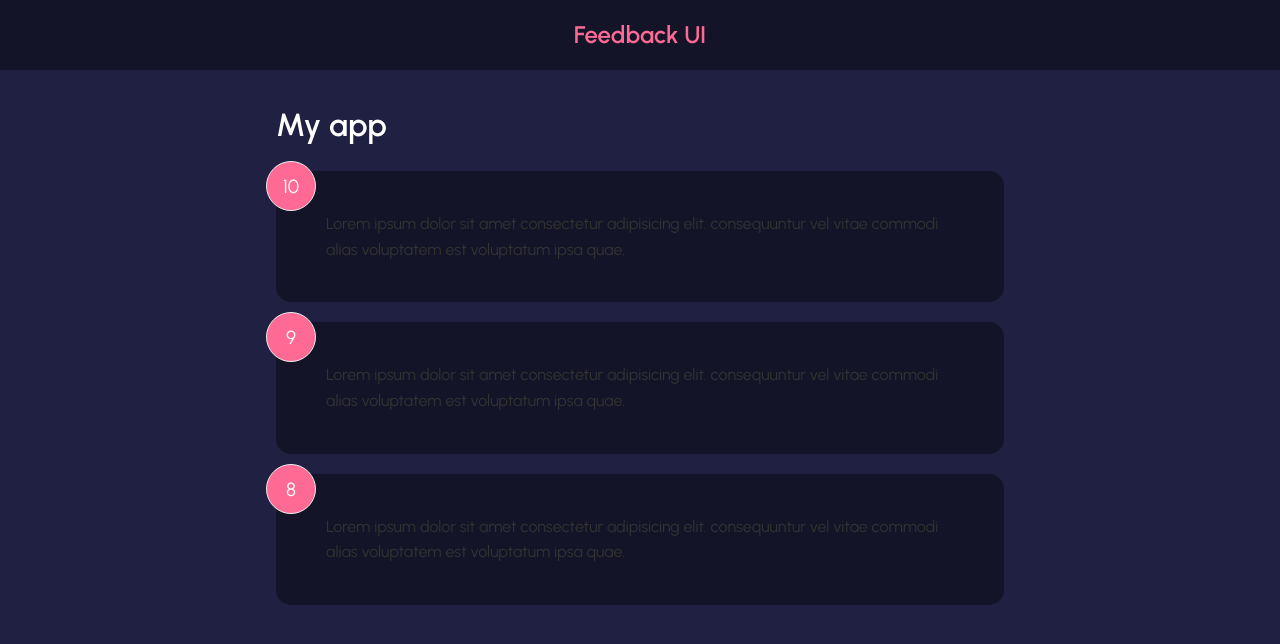
Repository: Vasil1001/feedback-project-react
Page: /
These files come from the project's save history. The page is drawn as it stood at one moment and after the next save; the edit follows.
The browser window is 1280 px wide. The pictures show the whole page.
The project was rebuilt for these pictures with package versions that can differ from the ones it lists, and the page was loaded fresh each time. Also part of the build but not shown: vite.config.js.

Above is the page before, as saved 2022-12-28 22:34:35.

### src/App.jsx
import { useState } from 'react'
import './App.css'
import FeedbackList from './components/FeedbackList'
import Header from './components/Header'
import FeedbackData from './data/FeedbackData'

function App() {
  const [feedback, setFeedback] = useState(FeedbackData)

  return (
    <div>
      <Header />
      <div className="container">
        <h1>My app</h1>
        <FeedbackList feedback={feedback}/>
      </div>
    </div>
  )
}

export default App

### src/App.css
@import url('https://fonts.googleapis.com/css2?family=Poppins:wght@400;600;700&display=swap');
@import url('https://fonts.googleapis.com/css2?family=DM+Sans:wght@400;700&family=Roboto+Condensed:wght@300;400;700&family=Urbanist:wght@100;300;400;600&display=swap');
* {
  box-sizing: border-box;
  margin: 0;
  padding: 0;
}

body {
  font-family: 'Urbanist', sans-serif;
  background-color: #202142;
  color: #fff;
  line-height: 1.6;
}

ul {
  list-style: none;
}

.container {
  max-width: 768px;
  margin: auto;
  padding: 0 20px;
}

header {
  height: 70px;
  width: 100%;
  display: flex;
  justify-content: space-between;
  align-items: center;
  margin-bottom: 30px;
}

.card {
  background-color: #fff;
  color: #333;
  border-radius: 15px;
  padding: 40px 50px;
  margin: 20px 0;
  position: relative;
}

.card.reverse {
  background-color: rgba(0, 0, 0, 0.4);
  color: #fff;
}

.card h2 {
  font-size: 22px;
  font-weight: 600;
  text-align: center;
}

.rating {
  display: flex;
  align-items: center;
  justify-content: space-around;
  margin: 30px 0 40px;
}

.rating li,
.num-display {
  position: relative;
  background: #f4f4f4;
  width: 50px;
  height: 50px;
  padding: 10px;
  text-align: center;
  border-radius: 50%;
  font-size: 19px;
  border: 1px #eee solid;
  transition: 0.3s;
}

.rating li label {
  position: absolute;
  top: 50%;
  left: 50%;
  width: 50px;
  height: 50px;
  padding: 10px;
  border-radius: 50%;
  transform: translate(-50%, -50%);
  cursor: pointer;
}

.rating li:hover,
.num-display {
  background: #ff6a95;
  color: #fff;
}

[type='radio'] {
  opacity: 0;
}

[type='radio']:checked ~ label {
  background: #ff6a95;
  color: #fff;
}

.input-group {
  display: flex;
  flex-direction: row;
  border: 1px solid #ccc;
  padding: 8px 10px;
  border-radius: 8px;
}

input {
  flex-grow: 2;
  border: none;
  font-size: 16px;
}

input:focus {
  outline: none;
}

.feedback-stats {
  color: #fff;
  display: flex;
  justify-content: space-between;
  align-items: center;
}

.num-display {
  position: absolute;
  top: -10px;
  left: -10px;
}

.close,
.edit {
  position: absolute;
  top: 10px;
  right: 20px;
  cursor: pointer;
  background: none;
  border: none;
}

.edit {
  right: 40px;
}

.btn {
  color: #fff;
  border: 0;
  border-radius: 8px;
  color: #fff;
  width: 100px;
  height: 40px;
  cursor: pointer;
}

.btn-primary {
  background-color: #202142;
}

.btn-secondary {
  background: #ff6a95;
}

.btn:hover {
  transform: scale(0.98);
  opacity: 0.9;
}

.btn:disabled {
  background-color: #cccccc;
  color: #333;
  cursor: auto;
}

.btn:disabled:hover {
  transform: scale(1);
  opacity: 1;
}

.message {
  padding-top: 10px;
  text-align: center;
  color: rebeccapurple;
}

/* FIX: Remove position: absolute to keep about icon at the bottom of the
 * document */
.about-link {
  display: flex;
  justify-content: flex-end;
}

/* FIX: Remove position: absolute to keep about icon at the bottom of the
 * document */
.about-link a {
  color: #fff;
  cursor: pointer;
}

.about-link a:hover {
  color: #ff6a95;
}

.about h1 {
  margin-bottom: 20px;
}

.about p {
  margin: 10px 0;
}

@media (max-width: 600px) {
  .rating li {
    margin: 10px 3px;
  }

  .rating {
    display: flex;
    align-items: center;
    justify-content: center;
    flex-wrap: wrap;
    margin: 30px 0 40px;
  }

  .input-group input {
    width: 80%;
  }
}

### src/components/FeedbackList.jsx
import React from 'react'
import FeedbackItem from './FeedbackItem'

export default function FeedbackList({ feedback }) {
    return (
        <div className="feedback-list">
            {feedback.length > 0 ? feedback.map((item) => (
                <FeedbackItem key={item.id} item={item}/>
            ))
                : <p>No feedback yet</p>}
        </div>
    )
}

### src/components/Header.jsx
import React from 'react'

function Header({ text }) {
    return (
        <header style={{backgroundColor: 'rgba(0,0,0,0.4', color: '#ff6a95'}}>
            <div className="container">
                <h2>{text}</h2>
            </div>
        </header>
    )
}
Header.defaultProps = {
    text: 'Feedback UI',
}
export default Header

### src/components/FeedbackItem.jsx
import React, { useState } from 'react'
import Card from './shared/Card'

function FeedbackItem({item}) {
    return (

        <Card reverse={true}>
            <div className="num-display">{item.rating}</div>
            <div className="text-display">{item.text}</div>
        </Card>
    )
}

export default FeedbackItem

### src/components/shared/Card.jsx
import React from 'react'

function Card({ children, reverse }) {
    return (
        <div className="card" style={{backgroundColor: reverse ? 'rgba(0,0,0,0.4' : '#fff'}}>
            {children}
        </div>
    )
}

export default Card

Loaded but not shown: index.html (common file); src/main.jsx (common file); src/data/FeedbackData.jsx (common file)

After the next save:
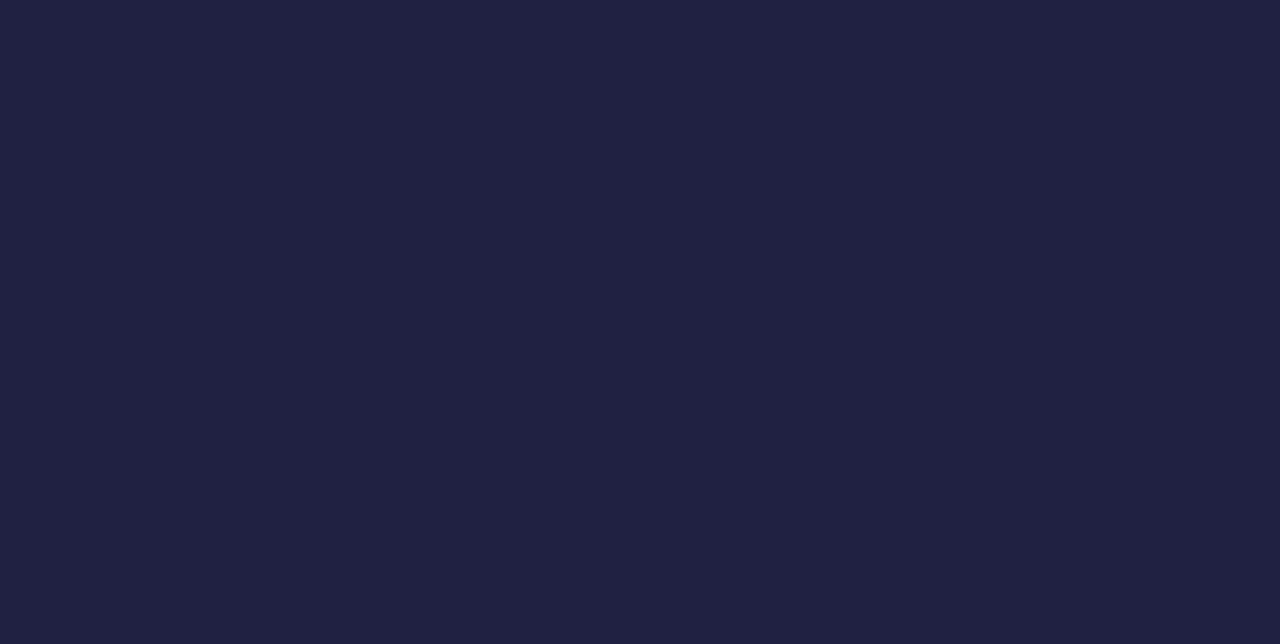
Console error: ReferenceError: col is not defined
Saved 20 s later.
--- a/src/components/shared/Card.jsx
+++ b/src/components/shared/Card.jsx
@@ -2,7 +2,7 @@
 
 function Card({ children, reverse }) {
     return (
-        <div className="card" style={{backgroundColor: reverse ? 'rgba(0,0,0,0.4' : '#fff'}}>
+        <div className="card" style={{backgroundColor: reverse ? 'rgba(0,0,0,0.4' : '#fff', col}}>
             {children}
         </div>
     )

After the 2 saves that followed:
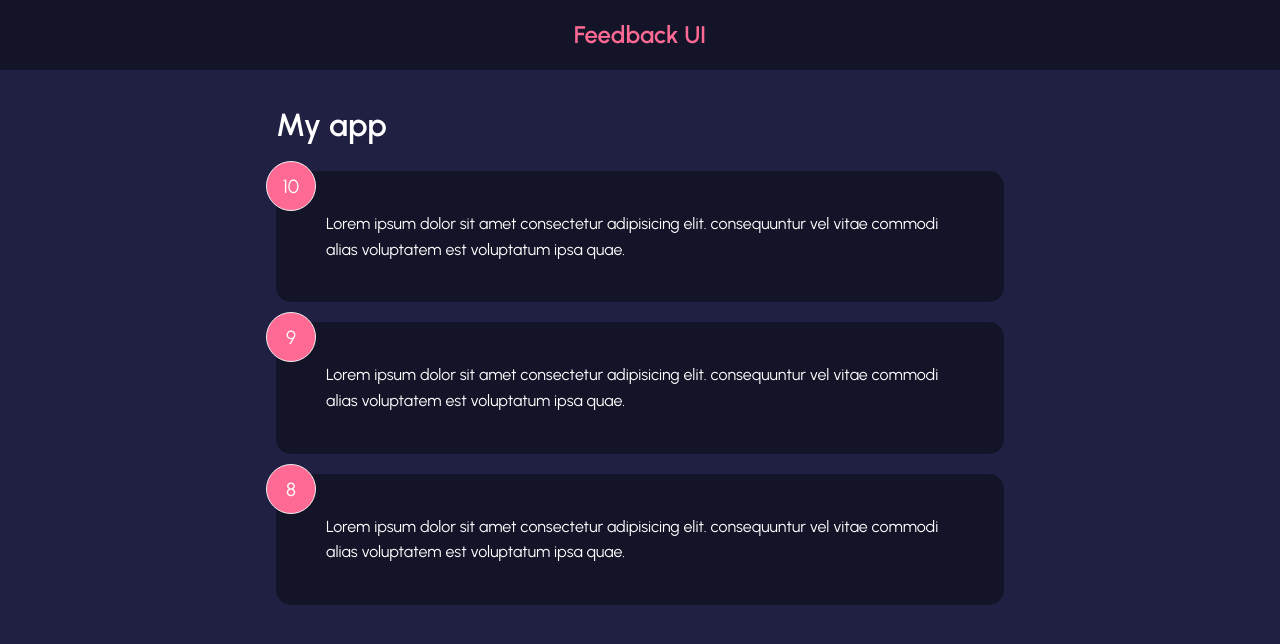
The error is gone.
The 2 saves are shown as one change because 1 did not build or start.
The last was saved 20 s later.
--- a/src/components/shared/Card.jsx
+++ b/src/components/shared/Card.jsx
@@ -2,7 +2,7 @@
 
 function Card({ children, reverse }) {
     return (
-        <div className="card" style={{backgroundColor: reverse ? 'rgba(0,0,0,0.4' : '#fff', col}}>
+        <div className="card" style={{backgroundColor: reverse ? 'rgba(0,0,0,0.4' : '#fff', color: reverse ? '#fff' : '#000'}}>
             {children}
         </div>
     )
